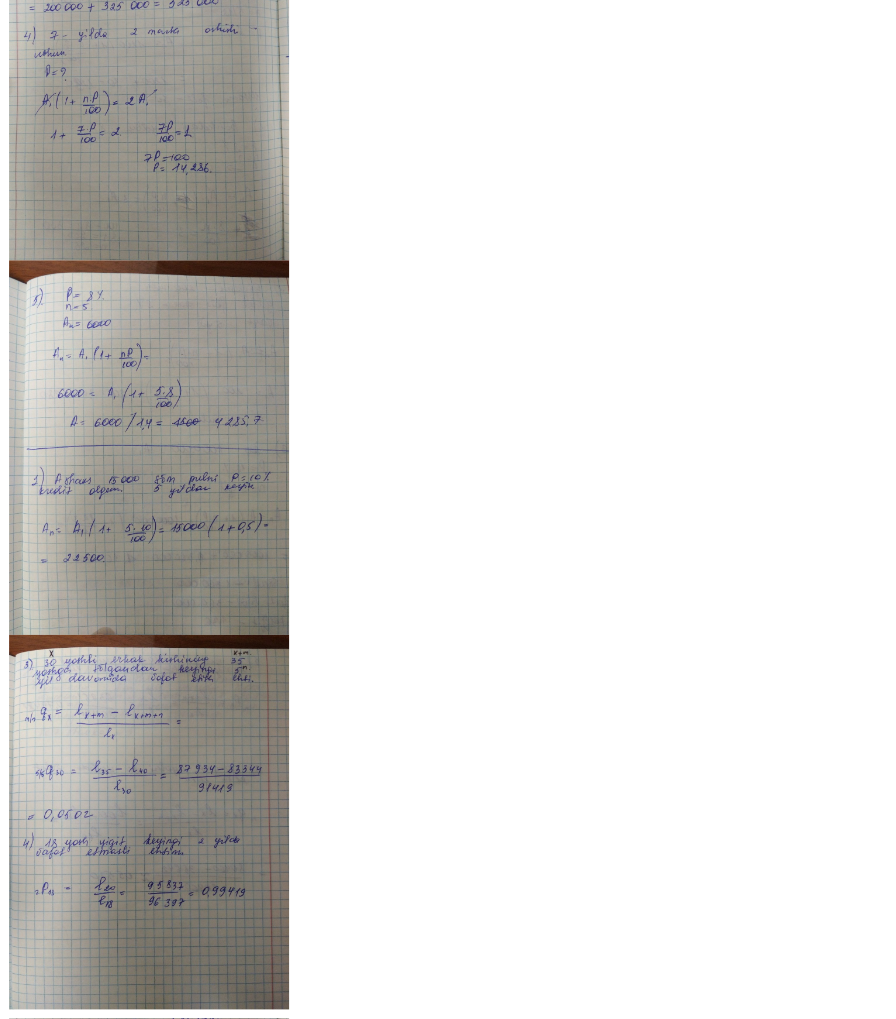
Repository: Ikromkhurozov/exam-inst
Page: index.html
The author's editor kept a copy of each file at every save. The page is drawn from the files as they stood at one save, then again after a run of saves.
The browser window is 1280 px wide. The pictures show the part of the page from y = 4580 to 6500 px (the page is 6035 px tall before and 8710 px after), at 70% of full size.

Above is the page before, as saved 2023-05-26 10:10:48.

After the next 2 saves:
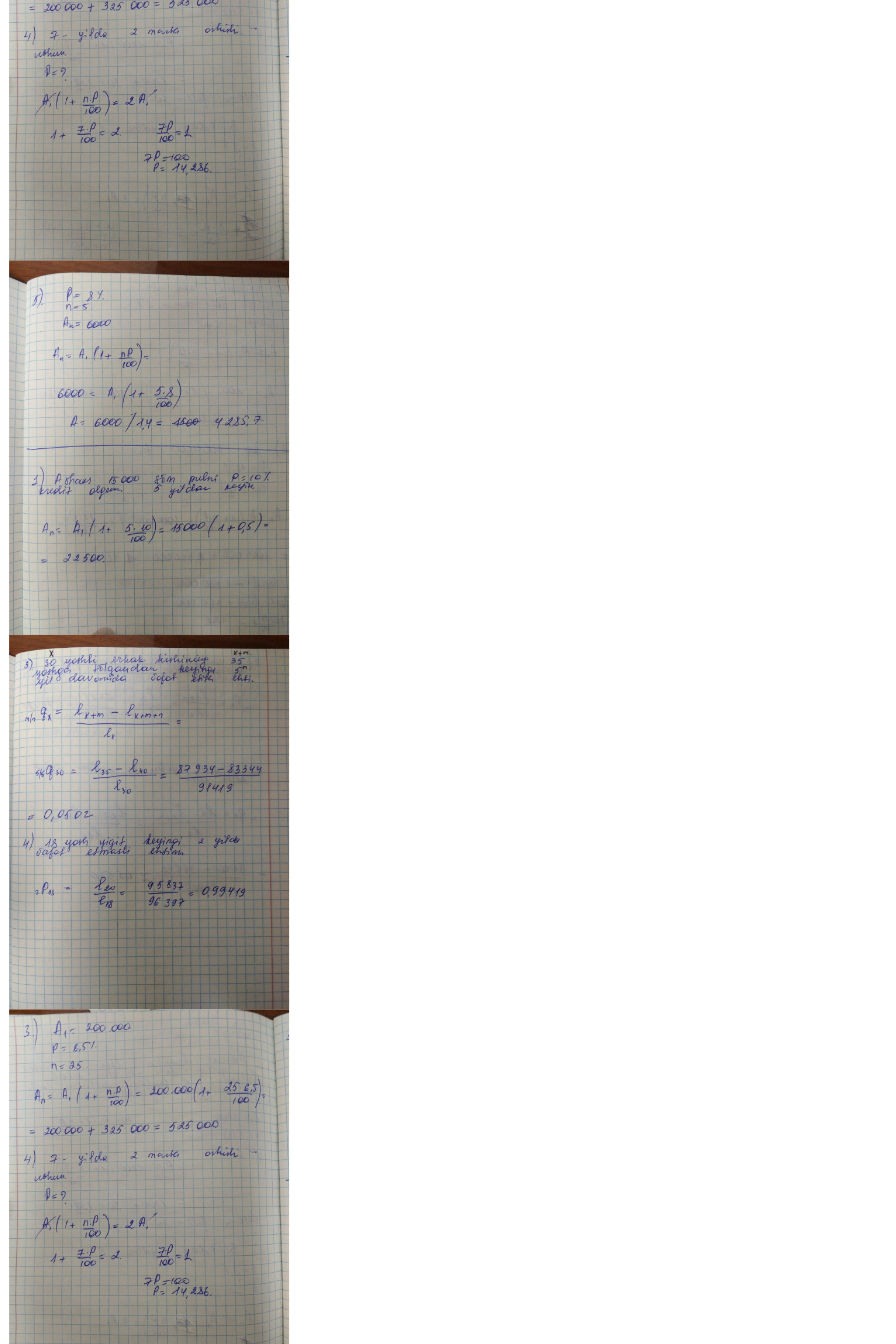
The 2 saves are shown as one change because they came seconds apart.
The last was saved 11 s later.
--- a/index.html
+++ b/index.html
@@ -39,6 +39,11 @@
   <img src="/6.jpg" alt="p2">
   <img src="/7.jpg" alt="p3">
   <img src="/8.jpg" alt="p3">
+  <img src="/4.jpg" alt="p3">
+  <img src="/5.jpg" alt="p4">
+  <img src="/6.jpg" alt="p2">
+  <img src="/7.jpg" alt="p3">
+  <img src="/8.jpg" alt="p3"
 
 
 
